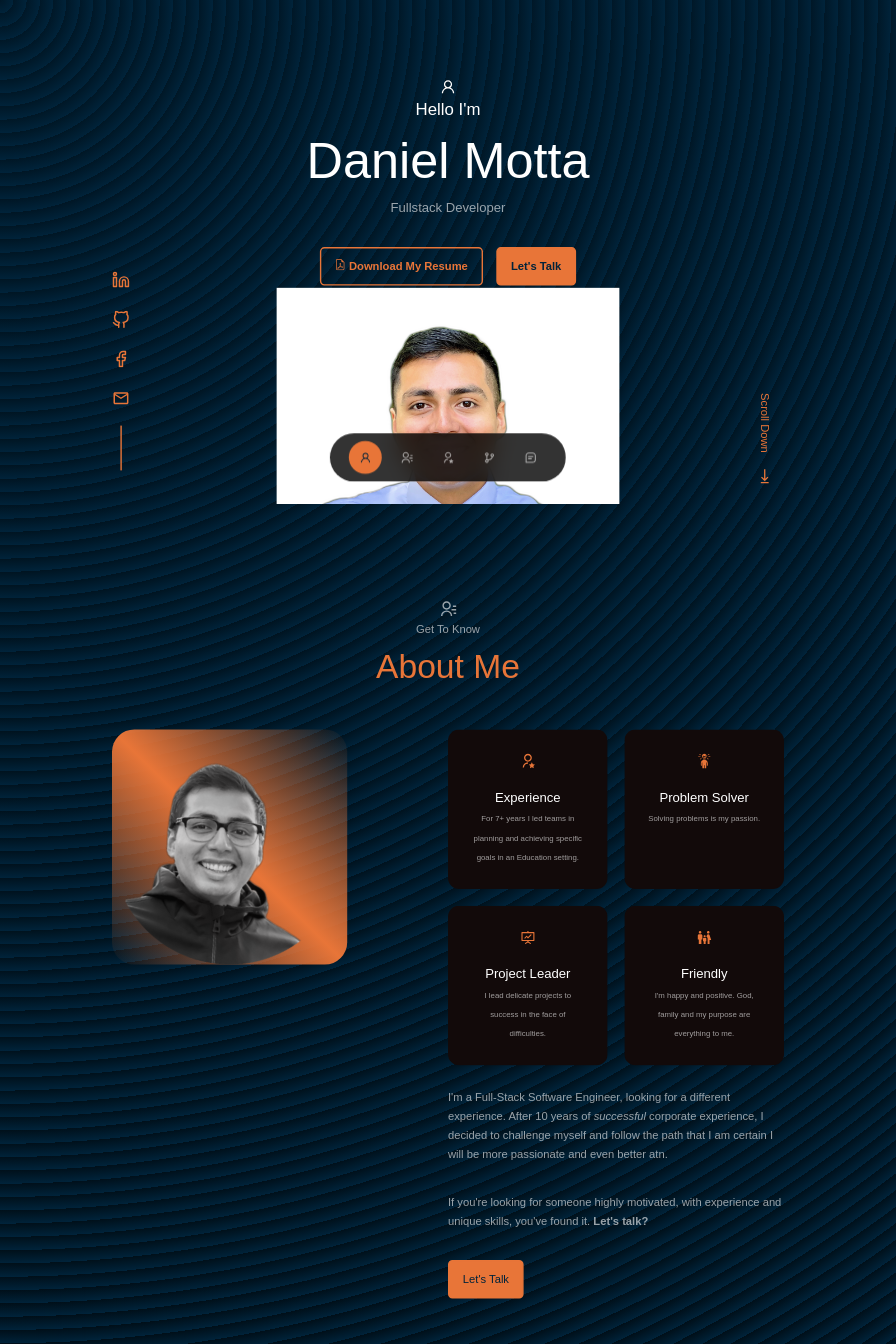
Repository: mottad14/dani_portfolio
Page: /
An editor plug-in stored every save of this project. The page is shown before and after the next save, followed by the edit.
The browser window is 1280 px wide. The pictures show the part of the page from y = 0 to 1920 px (the page is 5385 px tall), at 70% of full size.
The project was rebuilt for these pictures with package versions that can differ from the ones it lists, and the page was loaded fresh each time. Also part of the build but not shown: src/components/services/services.css, src/components/services/Services.jsx, src/components/testimonials/testimonials.css. Imported but missing from the stored project, and not drawn on this page: src/components/assets/cv.pdf.

Above is the page before, as saved 2022-08-17 14:41:43.

After the next save:
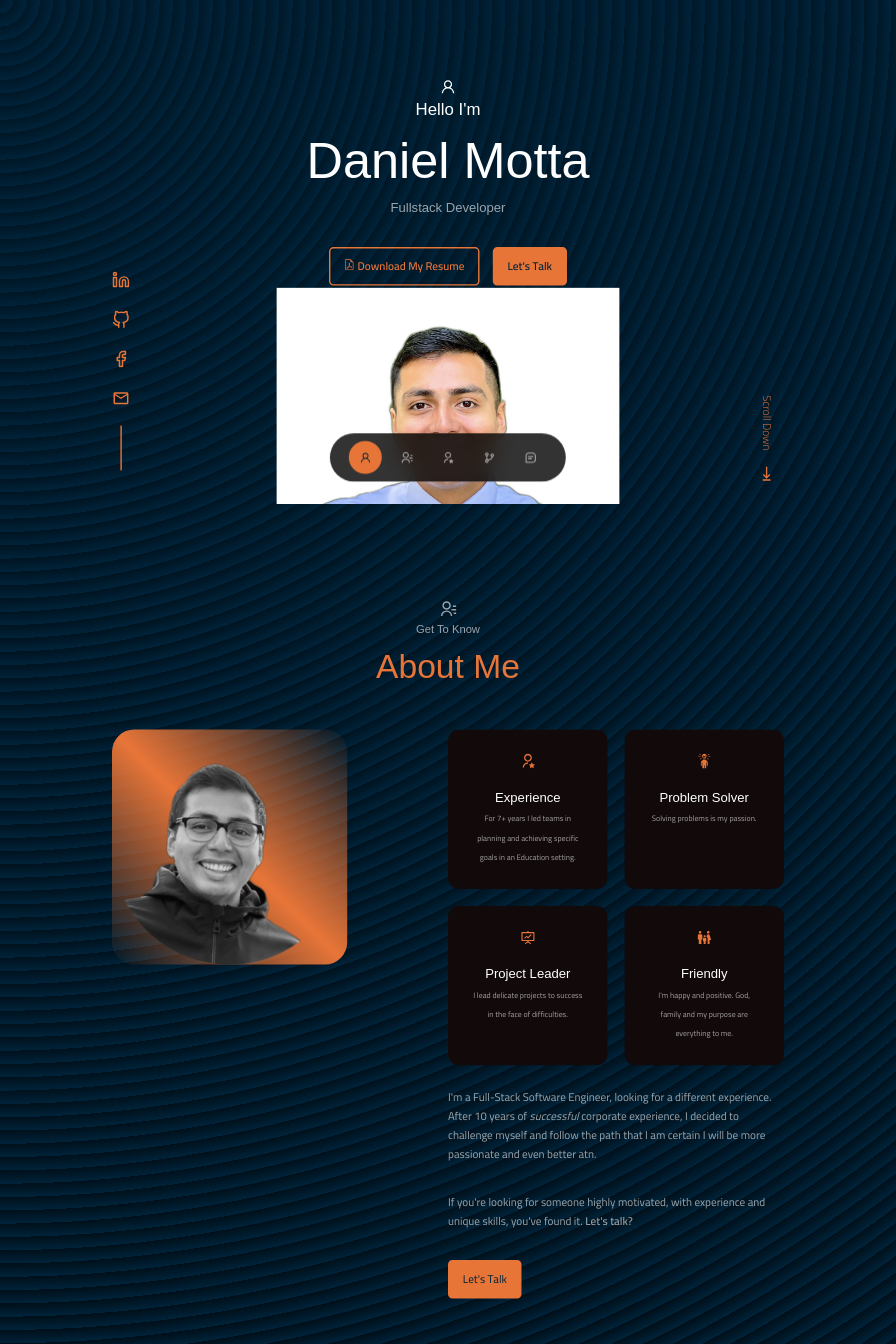
Saved 32 s later.
--- a/src/index.css
+++ b/src/index.css
@@ -1,3 +1,4 @@
+@import url("https://fonts.googleapis.com/css2?family=Cairo:wght@300;400;500;600&display=swap");
 
 * {
   margin: 0;
@@ -10,7 +11,7 @@
 }
 
 :root {
-    --color-bg: #00233A;
+  --color-bg: #00233A;
   --color-bg-variant: #120a0a;
   --color-primary: #E87538;
   --color-primary-variant: #ee9a6d;
